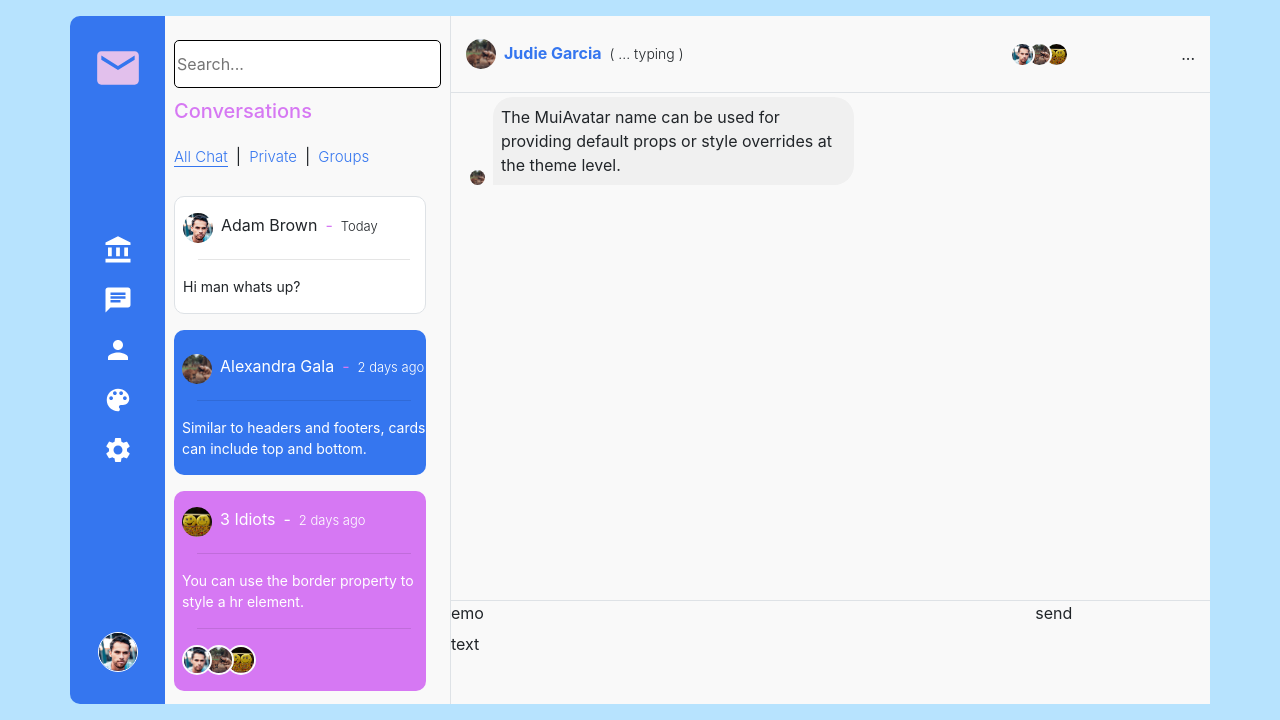
Repository: arafat877/super-chat
Page: /
The author's editor kept a copy of each file at every save. The page is drawn from the files as they stood at one save, then again after the next save.
The browser window is 1280 px wide. The pictures show the whole page.
The project was rebuilt for these pictures with package versions that can differ from the ones it lists, and the page was loaded fresh each time.

Above is the page before, as saved 2020-08-07 02:03:14.

### public/index.html
<!DOCTYPE html>
<html lang="en">
  <head>
    <meta charset="utf-8" />
    <meta name="viewport" content="width=device-width, initial-scale=1" />
    <meta name="theme-color" content="#000000" />
    <meta
      name="description"
      content="Chat application with node.js, express, react.js, mongoDb and socket.io"
    />
    <link rel="stylesheet" href="styles.css" />
    <link
      rel="stylesheet"
      href="https://maxcdn.bootstrapcdn.com/bootstrap/4.5.0/css/bootstrap.min.css"
      integrity="sha384-9aIt2nRpC12Uk9gS9baDl411NQApFmC26EwAOH8WgZl5MYYxFfc+NcPb1dKGj7Sk"
      crossorigin="anonymous"
    />
    <link
      href="https://fonts.googleapis.com/css2?family=Roboto:wght@100;300;400;500;700;900&display=swap"
      rel="stylesheet"
    />

    <title>Super Chat</title>
  </head>
  <body>
    <noscript>You need to enable JavaScript to run this app.</noscript>
    <div id="root"></div>
  </body>
</html>

### src/App.js
import React from "react";
import "./App.scss";
import {
  Email,
  Chat,
  Person,
  Settings,
  Palette,
  AccountBalance,
} from "@material-ui/icons";

import { Avatar } from "@material-ui/core";
import { AvatarGroup } from "@material-ui/lab";

function App() {
  return (
    <div className="appContainer vh-100 d-flex">
      <div className="container mt-3 mb-3 appWrapper">
        <div className="row h-100">
          <div className="col-1 d-none d-sm-none d-md-block container h-100 firstCol">
            <div className="row logoRow justify-content-center">
              <Email className="m-auto logo" />
            </div>
            <div className="row menuRow">
              <ul className="menuList m-auto p-0">
                <li className="menuItem">
                  <AccountBalance className="menuItemIcon" />
                </li>
                <li className="menuItem">
                  <Chat className="menuItemIcon" />
                </li>
                <li className="menuItem">
                  <Person className="menuItemIcon" />
                </li>
                <li className="menuItem">
                  <Palette className="menuItemIcon" />
                </li>
                <li className="menuItem">
                  <Settings className="menuItemIcon" />
                </li>
              </ul>
            </div>
            <div className="row photoRow justify-content-center">
              <img
                className="m-auto profilePhoto"
                src={require("./assets/m1.jpeg")}
                alt="profile"
              />
            </div>
          </div>
          <div className="col-3 container h-100 secondCol p-4">
            <div className="row searchRow">
              <input className="searchInput" placeholder="Search..." />
            </div>
            <div className="row convRow mt-2">
              <span className="convSpan">Conversations</span>
            </div>
            <div className="row selectRow mb-1">
              <ul className="selectionList pl-0">
                <li
                  className="selectionListItem d-inline mr-2"
                  style={{ borderBottom: "solid 0.05px #3576ef" }}
                >
                  All Chat
                </li>
                |
                <li className="selectionListItem d-inline mr-2 ml-2">
                  Private
                </li>
                |
                <li className="selectionListItem d-inline mr-2 ml-2">Groups</li>
              </ul>
            </div>
            <div className="row groupsRow">
              <div className="container">
                <div className="row convCard pt-3 pb-3 pl-2 mt-3">
                  <div className="container">
                    <div className="row">
                      <img
                        className="userProfilePicture"
                        src={require("./assets/m1.jpeg")}
                        alt="User Profile"
                      />
                      <span className="userName ml-2">Adam Brown</span>
                      <span className="dash ml-2">-</span>
                      <span className="chatDate ml-2 mt-1">Today</span>
                    </div>
                    <hr></hr>
                    <div className="row">
                      <span className="text">Hi man whats up?</span>
                    </div>
                  </div>
                </div>

                <div className="row convCardHot pt-4 pb-3 pl-2 mt-3">
                  <div className="container">
                    <div className="row">
                      <img
                        className="userProfilePicture"
                        src={require("./assets/f1.jpeg")}
                        alt="User Profile"
                      />
                      <span className="userName ml-2">Alexandra Gala</span>
                      <span className="dash ml-2">-</span>
                      <span className="chatDate ml-2 mt-1">2 days ago</span>
                    </div>
                    <hr></hr>
                    <div className="row">
                      <span className="text">
                        Similar to headers and footers, cards can include top
                        and bottom.
                      </span>
                    </div>
                  </div>
                </div>

                <div className="row convCardGroup pt-3 pb-3 pl-2 mt-3">
                  <div className="container">
                    <div className="row">
                      <img
                        className="userProfilePicture"
                        src={require("./assets/g1.jpeg")}
                        alt="User Profile"
                      />
                      <span className="userName ml-2">3 Idiots</span>
                      <span className="dash ml-2">-</span>
                      <span className="chatDate ml-2 mt-1">2 days ago</span>
                    </div>
                    <hr></hr>
                    <div className="row">
                      <span className="text">
                        You can use the border property to style a hr element.
                      </span>
                    </div>
                    <hr></hr>
                    <div className="row">
                      <AvatarGroup max={3} className="mr-4">
                        <Avatar
                          alt="Remy Sharp"
                          className="avatar"
                          src={require("./assets/m1.jpeg")}
                        />
                        <Avatar
                          alt="Travis Howard"
                          className="avatar"
                          src={require("./assets/f1.jpeg")}
                        />
                        <Avatar
                          alt="Cindy Baker"
                          className="avatar"
                          src={require("./assets/g1.jpeg")}
                        />
                      </AvatarGroup>
                    </div>
                  </div>
                </div>
              </div>
            </div>
          </div>
          <div className="col-8 container h-100 thirdCol">
            <div className="row chatInfo">
              <div className="col-6 m-auto">
                <img
                  className="infoUserPicture"
                  src={require("./assets/f1.jpeg")}
                  alt="User Profile"
                />
                <span className="infoUserName ml-2">Judie Garcia</span>
                <span className="infoTyping ml-2">( ... typing )</span>
              </div>
              <div className="col-4 mt-auto mb-auto justify-content-right infoGroup">
                <AvatarGroup max={3} className="float-right">
                  <Avatar
                    alt="Remy Sharp"
                    className="avatar"
                    src={require("./assets/m1.jpeg")}
                  />
                  <Avatar
                    alt="Travis Howard"
                    className="avatar"
                    src={require("./assets/f1.jpeg")}
                  />
                  <Avatar
                    alt="Cindy Baker"
                    className="avatar"
                    src={require("./assets/g1.jpeg")}
                  />
                </AvatarGroup>
              </div>
              <div className="col-2 m-auto">
                <span className="float-right">...</span>
              </div>
            </div>
            <div className="row chatMessages">
              <div className="container">
                <div className="row messageRow m-1">
                  <img
                    className="messageUserProfilePicture mt-auto mr-2"
                    src={require("./assets/f1.jpeg")}
                    alt="User Profile"
                  />
                  <div className="text p-2">
                    The MuiAvatar name can be used for providing default props
                    or style overrides at the theme level.
                  </div>
                </div>
              </div>
            </div>
            <div className="row chatInput">
              <div className="col-md-9 container">
                <div className="row inputEmoji">emo</div>
                <div className="row inputText">text</div>
              </div>
              <div className="col-md-3">send</div>
            </div>
          </div>
        </div>
      </div>
    </div>
  );
}

export default App;

### src/App.scss
.appContainer {
  background-color: #b7e3fe;

  .appWrapper {
    background-color: #3576ef;
    border-radius: 10px;

    .firstCol {
      .logoRow {
        height: 15%;

        .logo {
          font-size: 50px;
          color: rgb(226, 192, 236);
        }
      }
      .menuRow {
        height: 70%;

        .menuList {
          list-style: none;

          .menuItem {
            margin-bottom: 20px;

            .menuItemIcon {
              font-size: 30px;
              color: white;
            }
          }
        }
      }
      .photoRow {
        height: 15%;

        .profilePhoto {
          height: 40px;
          width: 40px;
          border: solid thin white;
          border-radius: 50%;
          object-fit: cover;
        }
      }
    }

    .secondCol {
      background-color: #f9f9f9;

      .searchRow {
        height: 7.5%;

        .searchInput {
          width: 100%;
          border: solid 0.5px;
          background-color: white;
          border-radius: 5px;

          &:focus {
            outline: none;
          }
        }
      }

      .convRow {
        height: 7.5%;

        .convSpan {
          font-weight: 500;
          font-size: 20px;
          color: rgb(214, 120, 243);
        }
      }
      .selectRow {
        height: 5%;

        .selectionList {
          list-style: none;

          .selectionListItem {
            font-weight: 300;
            font-size: 15px;
            color: #3576ef;
          }
        }
      }

      ::-webkit-scrollbar {
        width: 5px;
        height: 5px;
      }

      ::-webkit-scrollbar-track {
        background: white; /* color of the tracking area */
      }

      ::-webkit-scrollbar-thumb {
        background-color: #b5caf0; /* color of the scroll thumb */
        border-radius: 5px; /* roundness of the scroll thumb */
      }

      .groupsRow {
        height: 80%;
        overflow-y: scroll;

        .convCard {
          background-color: white;
          border: solid 0.5px #dee2e6;
          border-radius: 10px;
          margin-right: 0;

          .userProfilePicture {
            height: 30px;
            width: 30px;
            border-radius: 50%;
            object-fit: cover;
          }

          .userName {
            // color: white;
          }

          .dash {
            color: rgb(214, 120, 243);
          }

          .chatDate {
            // color: white;
            font-size: 13px;
            font-weight: 300;
          }

          .text {
            // color: white;
            font-size: 14px;
          }
        }

        .convCardHot {
          background-color: #3576ef;
          border-radius: 10px;
          margin-right: 0;

          .userProfilePicture {
            height: 30px;
            width: 30px;
            border-radius: 50%;
            object-fit: cover;
          }

          .userName {
            color: white;
          }

          .dash {
            color: rgb(214, 120, 243);
          }

          .chatDate {
            color: white;
            font-size: 13px;
            font-weight: 300;
          }

          .hr {
            border-color: rgb(214, 120, 243);
            margin-bottom: 5px;
          }

          .text {
            color: white;
            font-size: 14px;
          }
        }

        .convCardGroup {
          background-color: rgb(214, 120, 243);
          border-radius: 10px;
          margin-right: 0;

          .userProfilePicture {
            height: 30px;
            width: 30px;
            border-radius: 50%;
            object-fit: cover;
          }

          .userName {
            color: white;
          }

          .dash {
            color: white;
          }

          .chatDate {
            color: white;
            font-size: 13px;
            font-weight: 300;
          }

          .hr {
            border-color: rgb(214, 120, 243);
            margin-bottom: 5px;
          }

          .text {
            color: white;
            font-size: 14px;
          }

          .avatar {
            height: 30px;
            width: 30px;
          }
        }
      }
    }

    .thirdCol {
      background-color: #f9f9f9;
      border-left: solid thin #dee2e6;

      .chatInfo {
        height: 11.25%;
        border-bottom: solid thin #dee2e6;

        .infoUserPicture {
          height: 30px;
          width: 30px;
          border-radius: 50%;
          object-fit: cover;
        }

        .infoUserName {
          color: #3576ef;
          font-weight: 700;
        }

        .infoTyping {
          font-size: 14px;
          font-weight: 300;
        }

        .infoGroup {
          .avatar {
            height: 25px;
            width: 25px;
          }
        }
      }
      .chatMessages {
        height: 73.75%;
        border-bottom: solid thin #dee2e6;

        .messageRow {
          .messageUserProfilePicture {
            height: 15px;
            width: 15px;
            border-radius: 50%;
            object-fit: cover;
          }

          .text {
            background-color: #f0f0f0;
            border-radius: 20px 20px 20px 0px;
            width: 50%;
          }
        }
      }
      .chatInput {
        height: 15%;

        .inputEmoji {
          height: 30%;
        }
        .inputText {
          height: 70%;
        }
      }
    }
  }
}

Loaded but not shown: src/index.js (common file); public/styles.css (common file)

After the next save:
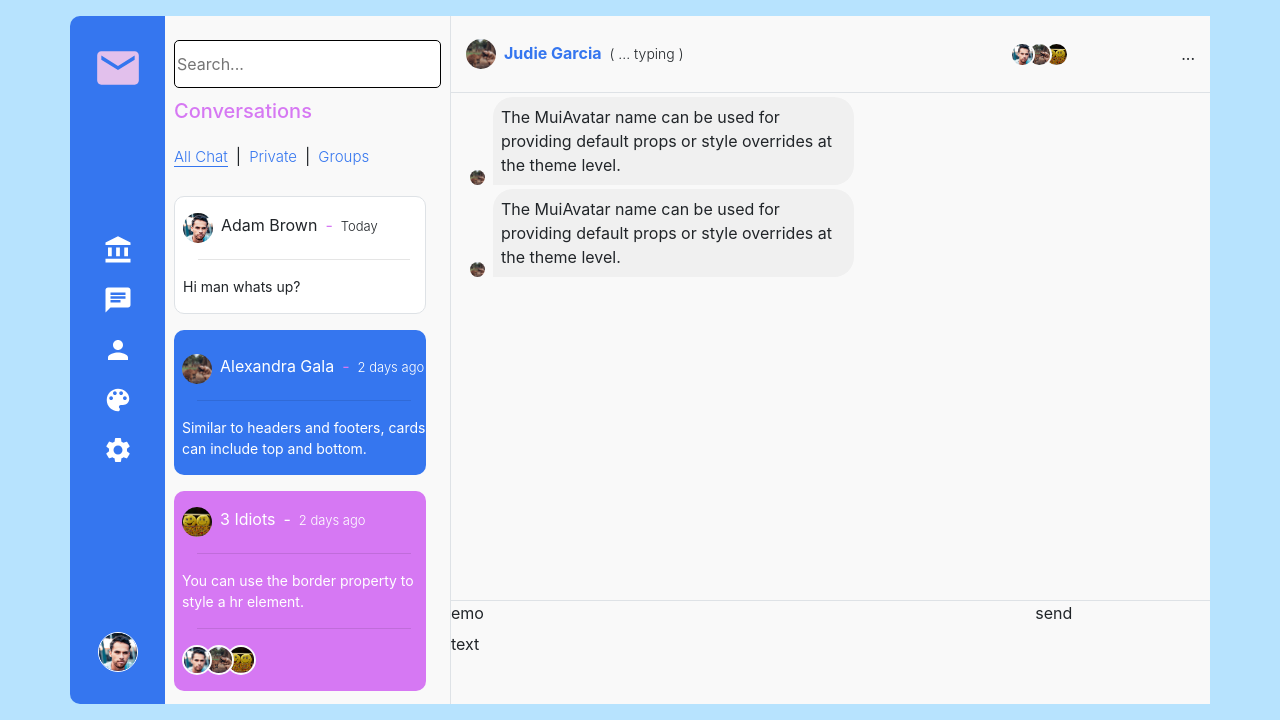
Saved 22 s later.
--- a/src/App.js
+++ b/src/App.js
@@ -193,6 +193,7 @@ function App() {
             </div>
             <div className="row chatMessages">
               <div className="container">
+
                 <div className="row messageRow m-1">
                   <img
                     className="messageUserProfilePicture mt-auto mr-2"
@@ -204,6 +205,19 @@ function App() {
                     or style overrides at the theme level.
                   </div>
                 </div>
+
+                <div className="row messageRow m-1">
+                  <img
+                    className="messageUserProfilePicture mt-auto mr-2"
+                    src={require("./assets/f1.jpeg")}
+                    alt="User Profile"
+                  />
+                  <div className="text p-2">
+                    The MuiAvatar name can be used for providing default props
+                    or style overrides at the theme level.
+                  </div>
+                </div>
+
               </div>
             </div>
             <div className="row chatInput">
